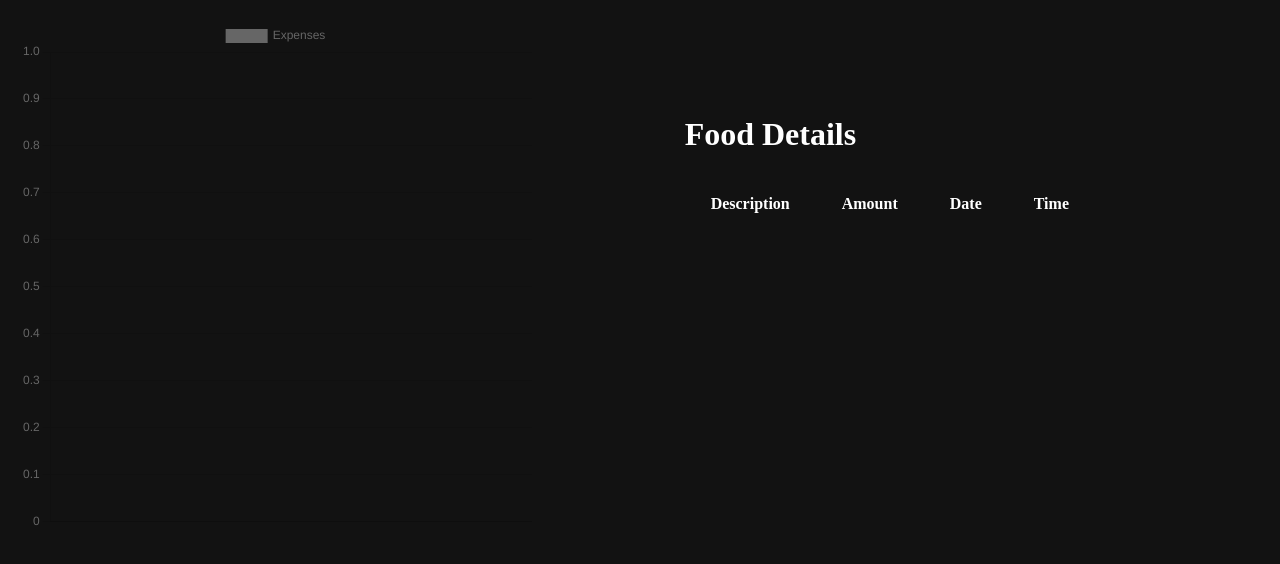
Repository: sarthak-tyagi123/expensetracker12
Page: http://localhost/food_insights
The author's editor kept a copy of each file at every save. The page is drawn from the files as they stood at one save, then again after a run of saves.
The browser window is 1280 px wide. The pictures show the whole page.
The page is served by the project's Node server (app.js).

Above is the page before, as saved 2025-07-01 16:40:01.

After the next 2 saves:
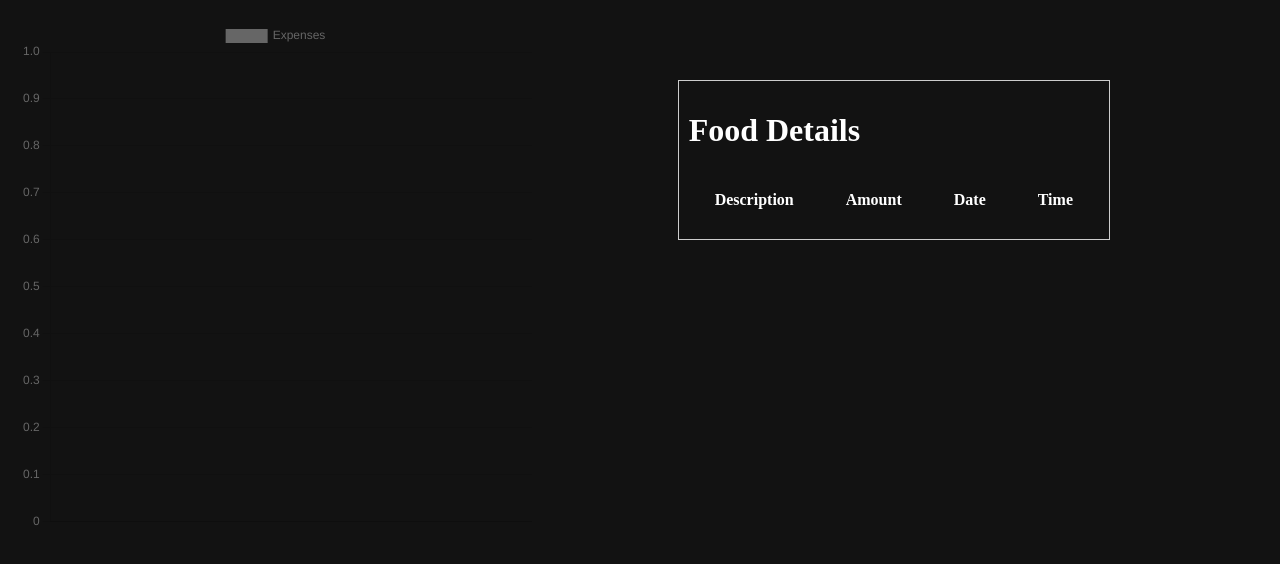
The 2 saves are shown as one change because they came seconds apart.
The last was saved 9 s later.
--- a/views/food_insights.ejs
+++ b/views/food_insights.ejs
@@ -33,6 +33,10 @@
   right:170px;
   padding: 15px;
   color: white;
+   max-height: 400px;  /* jitna height chahiye */
+    overflow-y: auto;   /* vertical scroll */
+    border: 1px solid #ccc;  /* optional border */
+    padding: 10px;
 
 }
 
@@ -48,11 +52,6 @@ th, td {
 
 }
 
-<style>
-  .scroll-container {
-
-  }
-</style>
 
 
 
